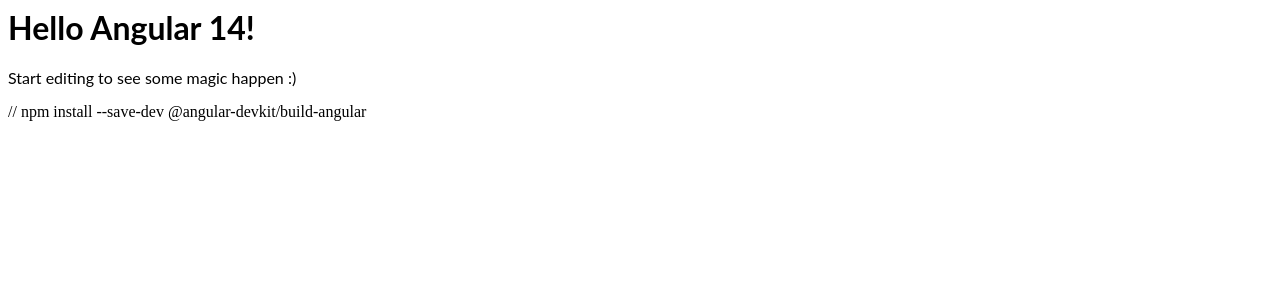
Repository: leduc24/baitap-angular100day
Page: / (app in angular_bai6/)
An editor plug-in stored every save of this project. The page is shown before and after the next save, followed by the edit.
The browser window is 1280 px wide. The pictures show the whole page.
The project was rebuilt for these pictures with package versions that can differ from the ones it lists, and the page was loaded fresh each time. Also part of the build but not shown: angular_bai6/angular.json.

Above is the page before, as saved 2022-07-01 14:46:07.

After the next save:
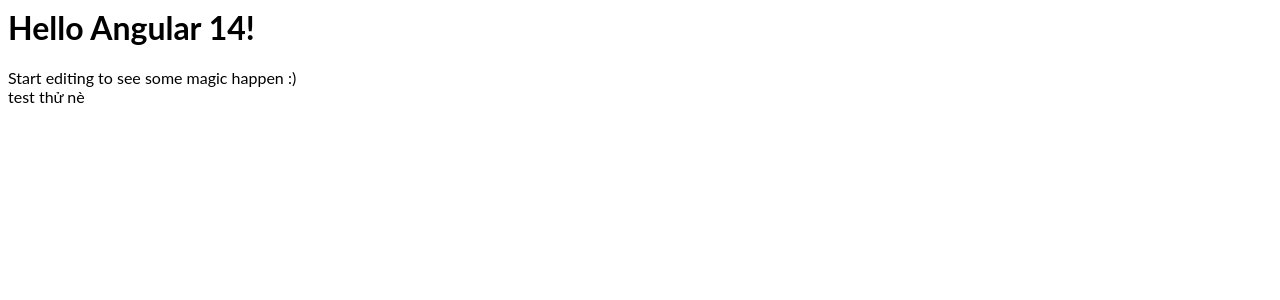
Saved 47 h 3 min later.
--- a/angular_bai6/src/app/app.component.html
+++ b/angular_bai6/src/app/app.component.html
@@ -1,5 +1,6 @@
 <hello name="{{ name }}"></hello>
 <p>
   Start editing to see some magic happen :)
+  <br> test thử nè
 </p>
-// npm install --save-dev @angular-devkit/build-angular
+<!--// npm install --save-dev @angular-devkit/build-angular -->
